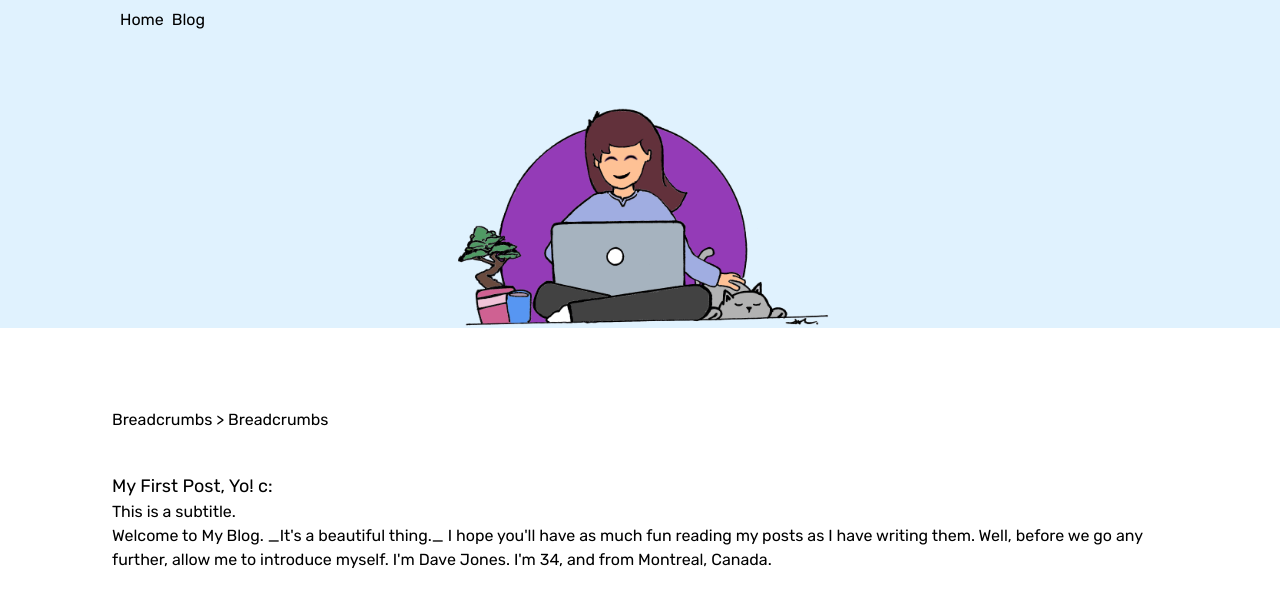
Repository: Risclover/markdown-blog
Page: /posts/1
The author's editor kept a copy of each file at every save. The page is drawn from the files as they stood at one save, then again after the next save.
The browser window is 1280 px wide. The pictures show the whole page.
The project was rebuilt for these pictures with package versions that can differ from the ones it lists, and the page was loaded fresh each time. Also part of the build but not shown: src/components/BlogPost.js, src/pages/Home/Categories.js, src/pages/Home/Home.js, src/ErrorBoundary.js.

Above is the page before, as saved 2023-06-30 00:25:02.

After the next save:
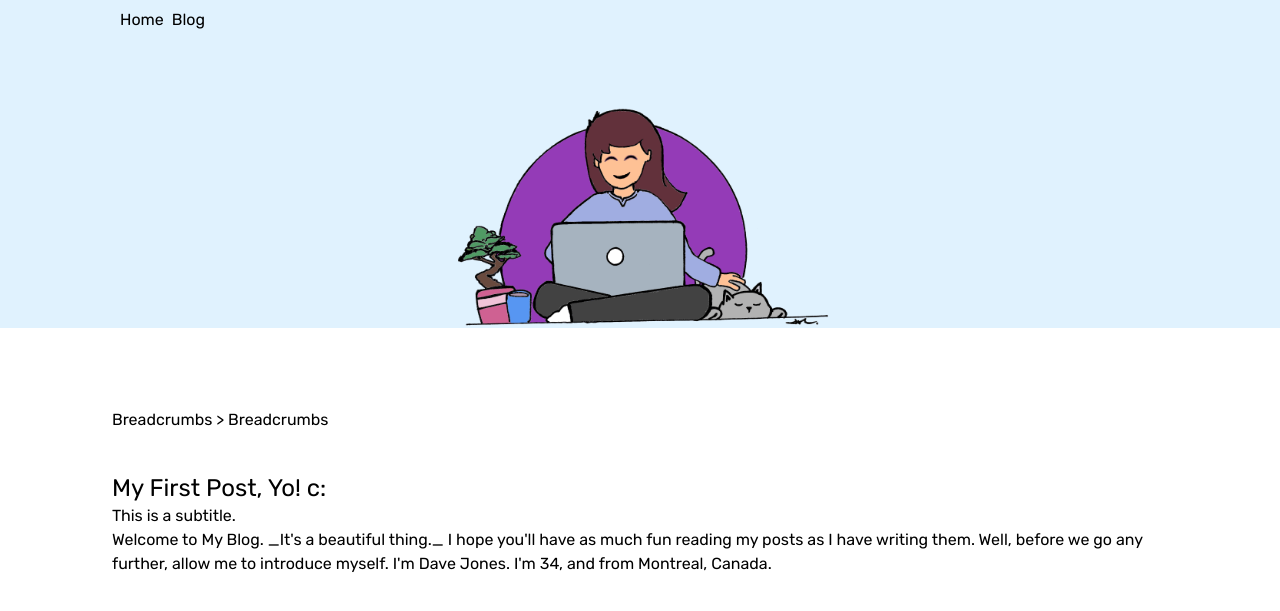
Saved 7 s later.
--- a/src/pages/PostPage/PostPage.js
+++ b/src/pages/PostPage/PostPage.js
@@ -14,7 +14,7 @@ export default function PostPage({ postList }) {
   return (
     <div className="mx-auto max-w-6xl w-full px-12">
       <div className="mt-20 mb-10">Breadcrumbs &gt; Breadcrumbs</div>
-      <div className="text-lg">{post?.title} c:</div>
+      <div className="text-2xl">{post?.title} c:</div>
       <div>{post?.subtitle}</div>
       <div>{post?.content}</div>
     </div>
